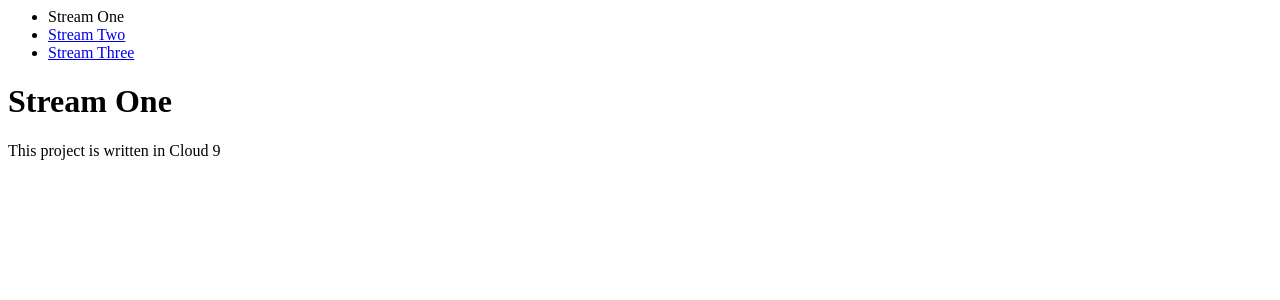
Repository: hidayatmansuri/my-first-website
Page: index.html
The author's editor kept a record of every edit. The page is drawn from the files as they stood at one moment, then again after the next edit.
The browser window is 1280 px wide. The pictures show the whole page.

Above is the page before.

After the next edit:
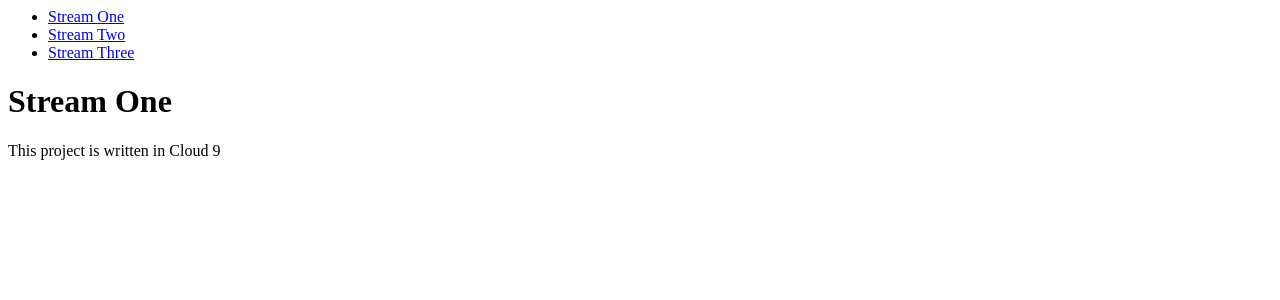
The edit:
--- a/index.html
+++ b/index.html
@@ -5,7 +5,7 @@
     <body>
         <nav>
             <ul>
-                <li><a herf="streamone.html">Stream One</a></li>
+                <li><a href="streamone.html">Stream One</a></li>
                 <li><a href="streamtwo.html">Stream Two</a></li>
                 <li><a href="streamthree.html">Stream Three</a></li>
             </ul>
